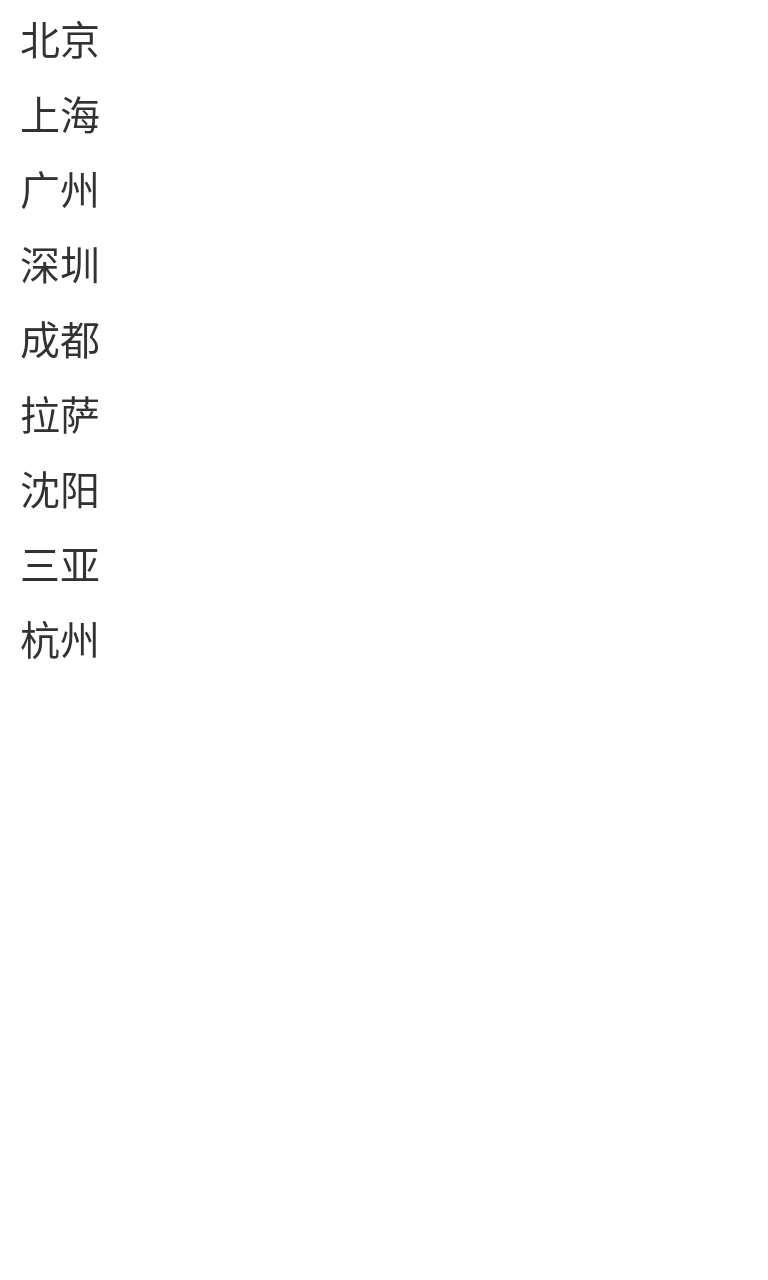
Repository: xuelang201201/Android
Layout: Android网络/天气预报/res/layout/menu.xml
An editor plug-in stored every save of this project. The layout is shown before and after the next save, followed by the edit.
It is drawn on a 768 x 1280 px phone screen (xhdpi) without system bars, with theme AppBaseTheme; the app's code is not run.

Above is the layout before, as saved 2016-03-30 07:09:07.

After the next save:
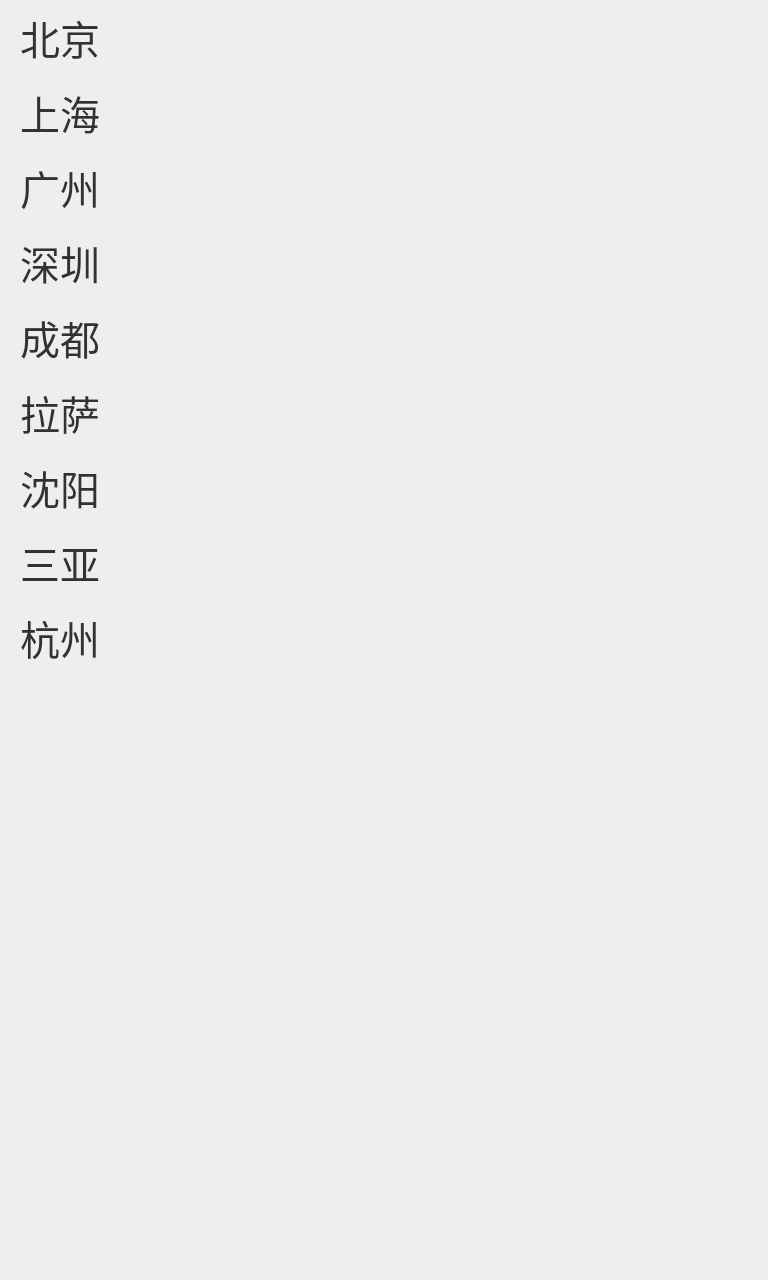
Saved 49 s later.
--- a/Android网络/天气预报/res/layout/menu.xml
+++ b/Android网络/天气预报/res/layout/menu.xml
@@ -2,6 +2,7 @@
 <LinearLayout xmlns:android="http://schemas.android.com/apk/res/android"
     android:layout_width="match_parent"
     android:layout_height="match_parent"
+    android:background="#eeeeee"
     android:orientation="vertical" >
 
     <TextView
